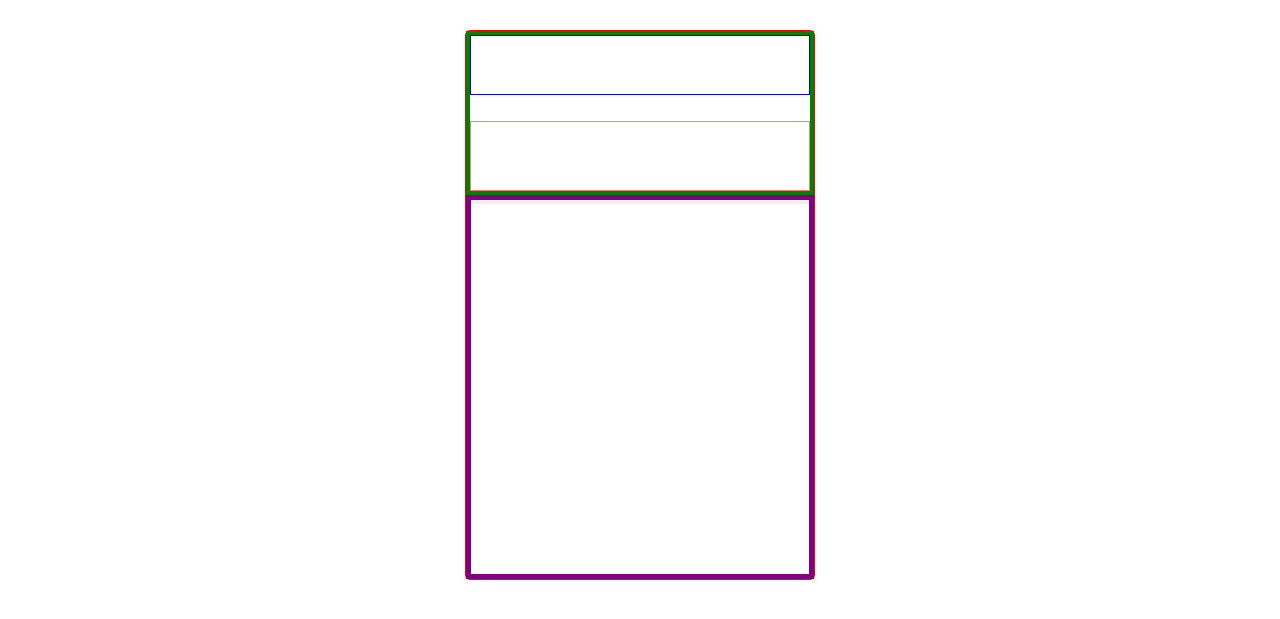
Repository: OfirLana/Calculator
Page: index.html
These files come from the project's save history. The page is drawn as it stood at one moment and after a run of saves; the edit follows.
The browser window is 1280 px wide. The pictures show the whole page.

Above is the page before, as saved 2019-03-12 18:16:03.

### index.html
<!DOCTYPE html>
<html lang="en">

<head>
    <meta charset="UTF-8">
    <meta name="viewport" content="width=device-width, initial-scale=1.0">
    <meta http-equiv="X-UA-Compatible" content="ie=edge">
    <link href="https://fonts.googleapis.com/css?family=Lato:100,300,400,700,900" rel="stylesheet">
    <title>Document</title>
    <link rel="stylesheet" href="style.css">
</head>

<body>
    <div class="calculator">
        <div class="output_box">
            <div class="main_output">
                <span class="main_output_text">

                </span>
            </div>
            <div class="sub_output">
                <span class="sub_output_text">

                </span>
            </div>
        </div>


        <div class="opeartor_box">
<button class="opeartor"></button>


        </div>








    </div>
    <script src="index.js"></script>
</body>

</html>

### style.css
* {
    margin: 0;
    padding: 0;
    box-sizing: border-box;
}

html {
    font-size: 62.5%;
}

body {
    font-family: "Lato", sans-serif;
    font-weight: 400;
    font-size: 1.6rem;
    line-height: 1.7;
    color: #777;
    padding: 3rem;
}

.calculator {
    display: flex;
    flex-direction: column;
    margin: 0 auto;
    width: 35rem;
    height: 55rem;
    border: 1px solid red;
    border-radius: 5px;
}

.output_box {
    display: flex;
    flex-direction: column;
    flex-basis: 30%;
    border: 4px solid green;
    width: 100%;
    justify-content: space-between
}

.main_output {
    display: flex;
    border: 1px solid blue;
    height: 6rem;
    /* background:blue; */

}

.sub_output {
    display: flex;
    border: 1px solid salmon;
    height: 7rem;
    /* background:red; */
}

.opeartor_box{
    display:flex;
    flex-direction: column;
    width:100%;
    border:5px solid purple;
    flex-basis:70%;
}

Loaded but not shown: index.js (no copy from this time; the picture is the same without it)

After the next 4 saves:
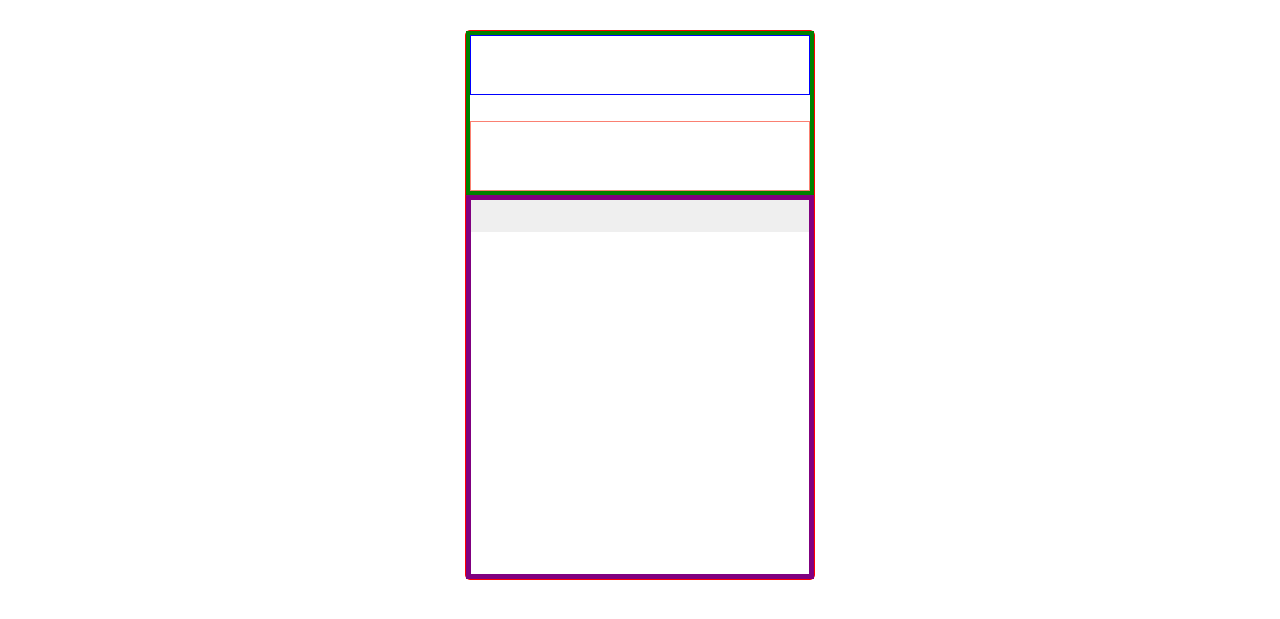
The 4 saves are shown as one change because they came seconds apart.
The last was saved 11 s later.
--- a/index.html
+++ b/index.html
@@ -27,7 +27,14 @@
 
 
         <div class="opeartor_box">
-<button class="opeartor"></button>
+            <button class="opeartor"></button>
+            <button class="opeartor"></button>
+            <button class="opeartor"></button>
+            <button class="opeartor"></button>
+            <button class="opeartor"></button>
+            <button class="opeartor"></button>
+            <button class="opeartor"></button>
+            <button class="opeartor"></button>
 
 
         </div>

After the save that followed:
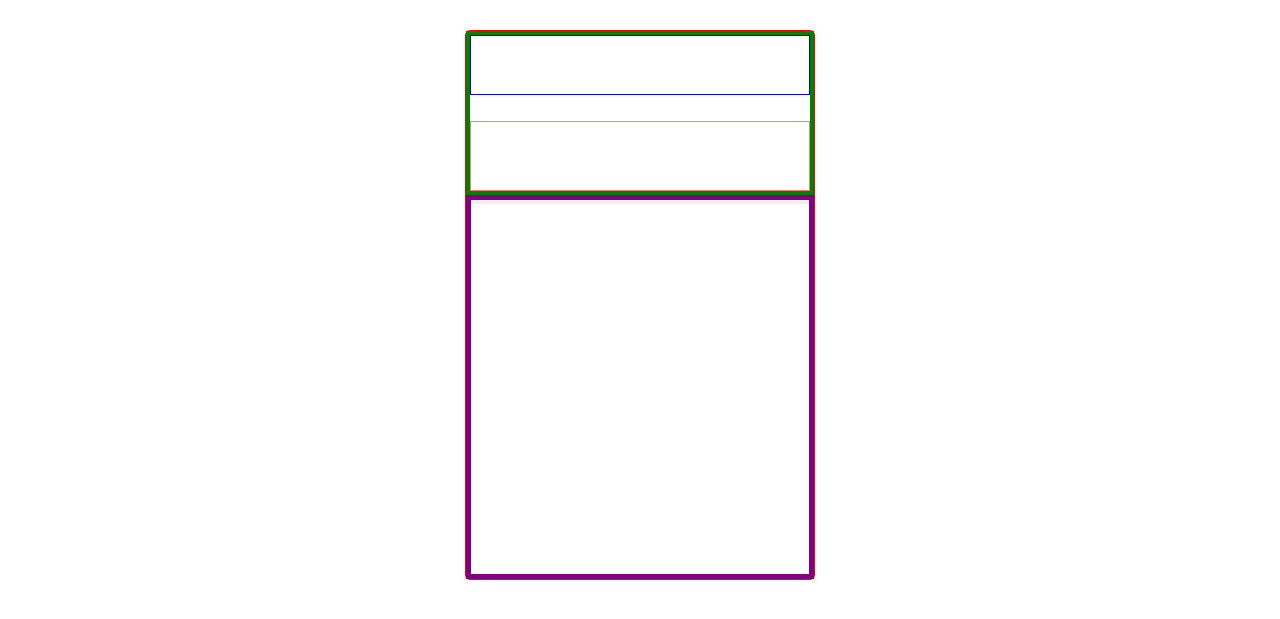
Saved 9 s later.
--- a/index.html
+++ b/index.html
@@ -28,13 +28,6 @@
 
         <div class="opeartor_box">
             <button class="opeartor"></button>
-            <button class="opeartor"></button>
-            <button class="opeartor"></button>
-            <button class="opeartor"></button>
-            <button class="opeartor"></button>
-            <button class="opeartor"></button>
-            <button class="opeartor"></button>
-            <button class="opeartor"></button>
 
 
         </div>
